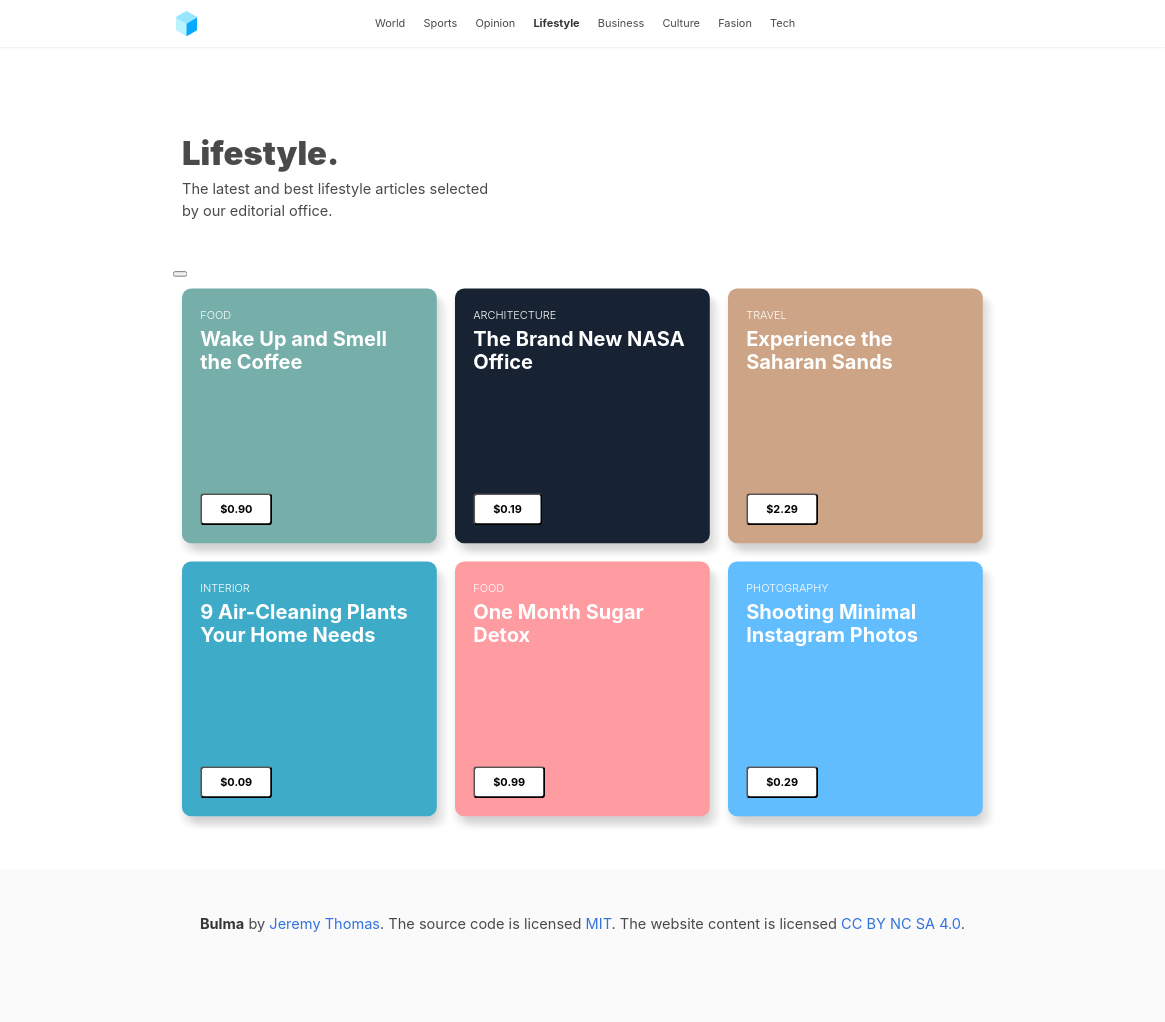
Repository: DOODpls/js_ass1
Page: index.html
The author's editor kept a copy of each file at every save. The page is drawn from the files as they stood at one save, then again after the next save.
The browser window is 1280 px wide. The pictures show the whole page, at 91% of full size.

Above is the page before, as saved 2019-11-22 19:18:50.

After the next save:
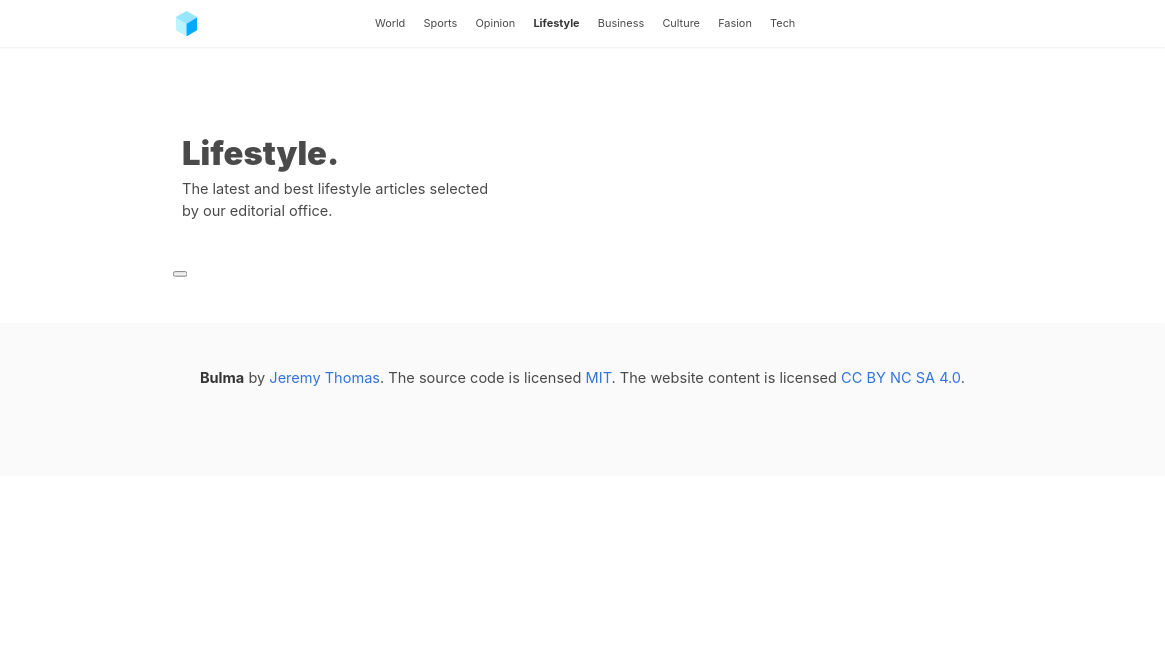
Saved 70 s later.
--- a/app.js
+++ b/app.js
@@ -81,7 +81,8 @@
     //     btn1.appendChild(btr2)
     // }
 
-    data.forEach(function(item)
+    function looop(){
+      data.forEach(function(item)
     {
 
         const tilers = document.querySelector('#content')
@@ -105,6 +106,8 @@
         btr2.className= 'buy-button'
         divr.appendChild(btr2)
     })
+    }
+
 
     // tried to do sort, but i suck
     const button1 = document.querySelector('body section .container')
@@ -120,30 +123,6 @@
     const button2 = document.querySelector('#butt1')
     button2.addEventListener('click', function(event) {
         sort1()
-        data.forEach(function(item)
-    {
-
-        const tilers = document.querySelector('#content')
-        const divr = document.createElement('div')
-        divr.className = 'card'
-        divr.style.backgroundColor = item.color
-        tilers.appendChild(divr)
-
-        const pr1 = document.createElement('p')
-        pr1.textContent = item.topic
-        pr1.className= 'topic'
-        divr.appendChild(pr1)
-
-        const pr2 = document.createElement('p')
-        pr2.textContent = item.title
-        pr2.className= 'title'
-        divr.appendChild(pr2)
-
-        const btr2 = document.createElement('button')
-        btr2.textContent = item.price
-        btr2.className= 'buy-button'
-        divr.appendChild(btr2)
-    })
     })
 
     //this one also works lolllll

After the save that followed:
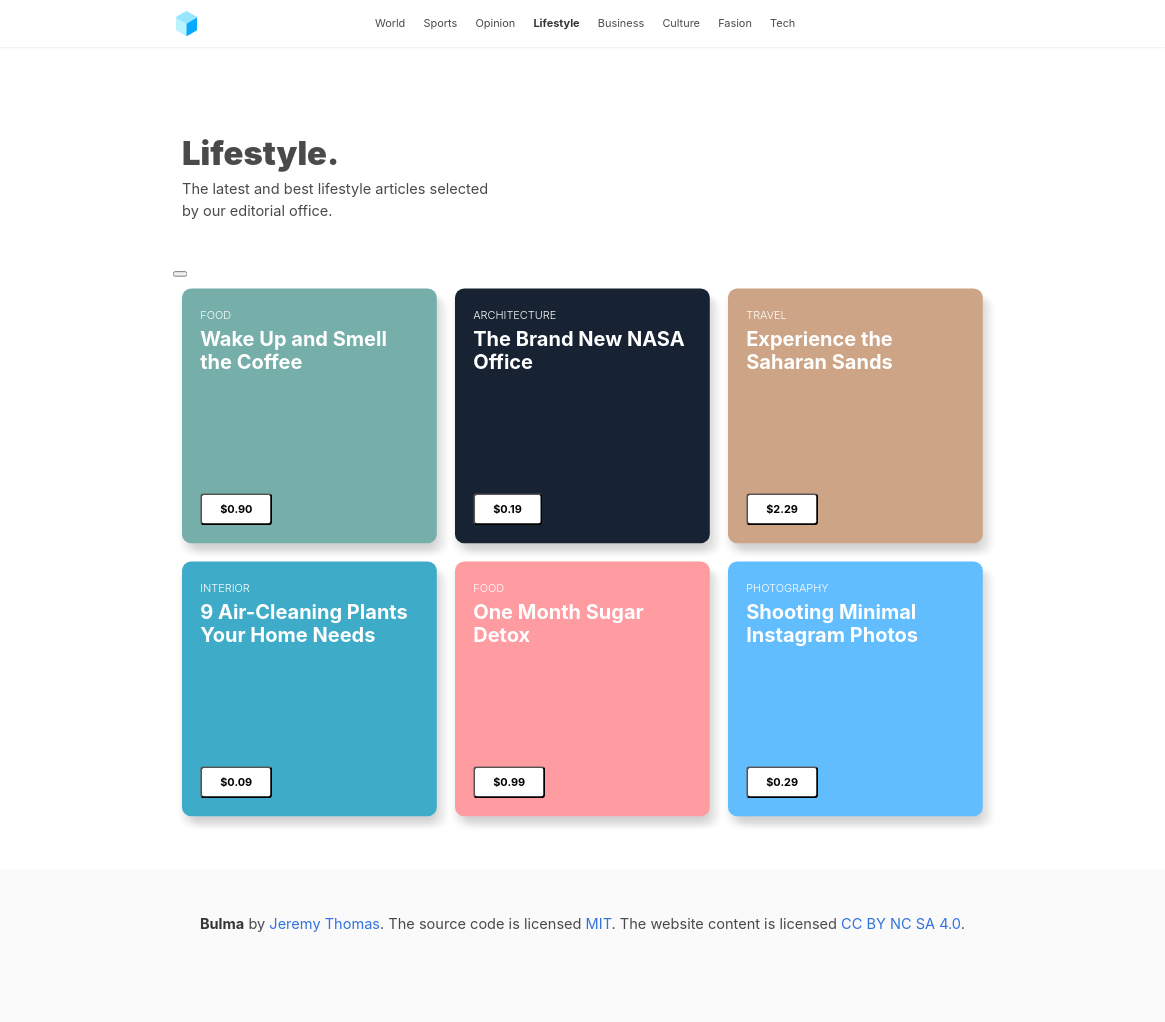
Saved 10 s later.
--- a/app.js
+++ b/app.js
@@ -107,7 +107,7 @@
         divr.appendChild(btr2)
     })
     }
-
+    looop();
 
     // tried to do sort, but i suck
     const button1 = document.querySelector('body section .container')
